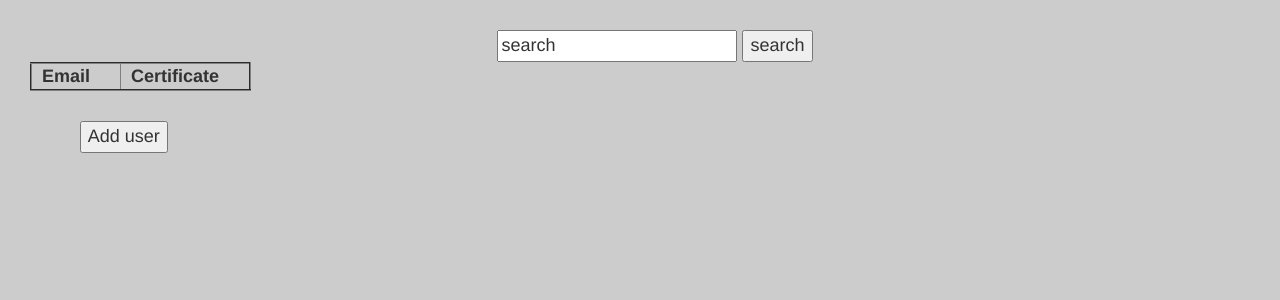
Repository: marijabroceta/ProjekatIB
Page: IB_Project_Shell/src/main/resources/static/main_page.html
The author's editor kept a copy of each file at every save. The page is drawn from the files as they stood at one save, then again after the next save.
The browser window is 1280 px wide. The pictures show the whole page.
The page's requests for data from a server got no answer.

Above is the page before, as saved 2018-06-30 22:33:26.

### IB_Project_Shell/src/main/resources/static/main_page.html
<!DOCTYPE html>
<html>
<head>
	<title>Main</title>
	<script src="js/jquery-2.1.4.min.js"></script>
	<link rel="stylesheet" type="text/css" href="bootstrap/css/bootstrap.min.css"/>
    <script src="bootstrap/js/bootstrap.min.js"></script>
    <link rel="stylesheet" type="text/css" href="css/main_page.css">
    <script src="js/main_page.js" type="text/javascript"></script>
</head>
<body>

	<div id="table">
		<div id="search_div">
			<input type="text" name="search" id="search" value="search"/>
			<input type="button" name="search_btn" id="search_btn" value="search"/>
		</div>
		<table id="users_table" border="2">
			<tr>
				<th>Email</th>
				<th>Certificate</th>
			</tr>
		</table>
		<div id="buttons">
			<button id="add_user">Add user</button>
			<button id="activate_user">Activate user</button>
		</div>

		<div id="add_form">
			<form name="add_user_form" method="post" id="add_user_form">
		       	<label id="email_lbl" for="email">Email</label>
		 		<input type="text" id="email" name="email"><br>
		 		<label id="pass_lbl" for="password">Password</label>
		 		<input type="password" id="password" name="password"><br>
		 		<input type="submit" name="submit" id="submit" value="submit" class="button" /><br>
		 		<input type="button" name="cancel" id="cancel" value="cancel" class="button" />
	    	</form>
		</div>
		<div id="table_inactive">
			<table id="users_inactive" border="2">

		</table>
		</div>
	</div>

</body>
</html>

### IB_Project_Shell/src/main/resources/static/css/main_page.css
#table{
	/*position: absolute;
    top: 20%;
    left: 30%;
    right: 30%;
    bottom: 20%;*/
    margin-top: 30px;
    margin-left: 30px;
    font-size: 18px;
}



#search_div{
	float:left;
	width:100%;
}

#table_inactive{
	margin-top: 30px;

    font-size: 18px;
}

th{
	padding-right: 30px;
	padding-left: 10px;
}

body {
    text-align: center;
    background: #ccc;
}

#buttons{
	margin-top: 30px;
	margin-right: 85%;
}



#add_form{
	margin-top: 30px;
}

/*label,input {
 display: block;
width: 200px;
 float: left;
 margin-left: 20px;
 margin-bottom: 10px;

}*/

#email_lbl,#pass_lbl,#email,#password,#submit,#cancel{
	display: block;
	width: 200px;
 	float: left;
 	margin-left: 20px;
 	margin-bottom: 10px;
}



label {
 text-align: right;
 width: 75px;
 padding-right: 20px;

}

br {
 clear: left;
}

#submit,#cancel{
	margin-left:115px;
}

### IB_Project_Shell/src/main/resources/static/js/main_page.js
$(document).ready(function(){
	var user_id = 0;
	var token = localStorage.getItem("token");
	console.log(token);
	var logged = null;
	var activate_user = $('#activate_user');
	$('#add_form').hide();
	activate_user.hide();

	$.ajax({
		url: "https://localhost:8443/api/users/logged",
		type: 'GET',
		headers: { "Authorization": "Bearer " + token},
		contentType : "application/json",
		dataType:'json',
		crossDomain: true,
		success : function(response) {

			console.log("logged " + response.authorities[0].name);
			logged = response;
			if(logged.authorities[0].name == "ADMIN"){
				activate_user.show();
				activate_user.on('click',function(e){
					$.ajax({
						headers:{"Authorization" :"Bearer " + token},
						contentType: 'application/json',
						type: 'GET',
						dataType:'json',
						crossDomain: true,
						url:'https://localhost:8443/api/users/inactive',
						success:function(response){
							table_header_inactive();
							var table = $('#users_inactive');
							for(var i=0; i<response.length; i++) {
								user = response[i];
								console.log(user);
								table.append('<tr class="data">'+
												'<td>'+user.email+'</td>'+
												'<td>'+user.active+'</td>'+
												'<td><button id="activate_btn" onclick="activate_users(' + user.id + ')" class="btn btn-default">Activate</button></td>'+
											'</tr>');
							}
						}
					});
				});
			}
		},
		error: function (jqXHR, textStatus, errorThrown) {
			console.log(jqXHR.status);
			console.log(jqXHR);

		}
	});


	$.ajax({

		headers:{"Authorization" :"Bearer " + token
			},
		contentType: 'application/json',
		type: 'GET',
		dataType:'json',
		crossDomain: true,
		url:'https://localhost:8443/api/users',
		success:function(response){
			table_header();
			var table = $('#users_table');
			for(var i=0; i<response.length; i++) {
				user = response[i];
				console.log(user);
				table.append('<tr class="data">'+
								'<td>'+user.email+'</td>'+
								'<td>'+user.authorities[0].name+'</td>'+
								'<td><button class="btn btn-default">Download</button></td>'+
							'</tr>');
			}
		},
		error: function (jqXHR, textStatus, errorThrown) {
			console.log(jqXHR);
			alert(textStatus);
		}
	});




	$('#add_user').on('click',function(e){
		$('#add_form').show();
		e.preventDefault();
		return false;
	});

	$('#cancel').on('click',function(e){
		$('#add_form').hide();
		e.preventDefault();
		return false;
	});

	$('input#submit').on('click',function(e){

		console.log("submit");
		var email = $('#email').val().trim();
		var password = $('#password').val().trim();

		var data = {
				'email':email,
				'password':password
			}
			console.log(data);
		$.ajax({
				type: 'POST',
		        contentType: 'application/json',
		        headers:{"Authorization" :"Bearer " + token,
		        	"Access-Control-Allow-Origin": "*"},
		        url: 'https://localhost:8443/api/users/save',
		        data: JSON.stringify(data),
		        dataType: 'json',
		        crossDomain: true,
				cache: false,
				processData: false,
				success:function(response){
					alert("Created");
				},
				error: function (jqXHR, textStatus, errorThrown) {
					console.log(jqXHR);
					alert(textStatus);
				}
		});
		e.preventDefault();
		return false;
	});
});

function table_header(){
	var table = $('#users_table');
	table.empty();
	table.append('<tr>'+
					'<th>Email</th>'+
					'<th>Role</th>'+
					'<th>Certificate</th>'+
				'</tr>');
}

function table_header_inactive(){
	var table = $('#users_inactive');
	table.empty();
	table.append('<tr>'+
					'<th>Email</th>'+
					'<th>Active</th>'+

				'</tr>');
}

function activate_users(id){
	var token = localStorage.getItem("token");
	user_id = id;
	console.log(user_id);
	$.ajax({
		type: 'PUT',
        contentType: 'application/json',
        headers:{"Authorization" :"Bearer " + token},

        url: 'https://localhost:8443/api/users/' + id,

        dataType: 'json',
        crossDomain: true,
		cache: false,
		processData: false,
		success:function(response){
			alert("Activated");
		},
		error: function (jqXHR, textStatus, errorThrown) {
			console.log(jqXHR);
			alert(textStatus);
		}
	});
}

function get_users(){

}

Loaded but not shown: IB_Project_Shell/src/main/resources/static/js/jquery-2.1.4.min.js (library); IB_Project_Shell/src/main/resources/static/bootstrap/css/bootstrap.min.css (library); IB_Project_Shell/src/main/resources/static/bootstrap/js/bootstrap.min.js (library)

After the next save:
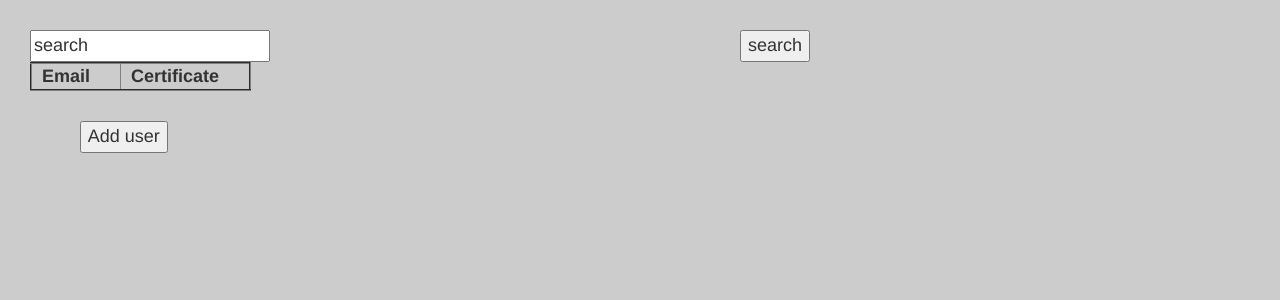
Saved 100 s later.
--- a/IB_Project_Shell/src/main/resources/static/css/main_page.css
+++ b/IB_Project_Shell/src/main/resources/static/css/main_page.css
@@ -12,8 +12,12 @@
 
 
 #search_div{
+
+	width:100%;
+}
+
+#search{
 	float:left;
-	width:100%;
 }
 
 #table_inactive{
